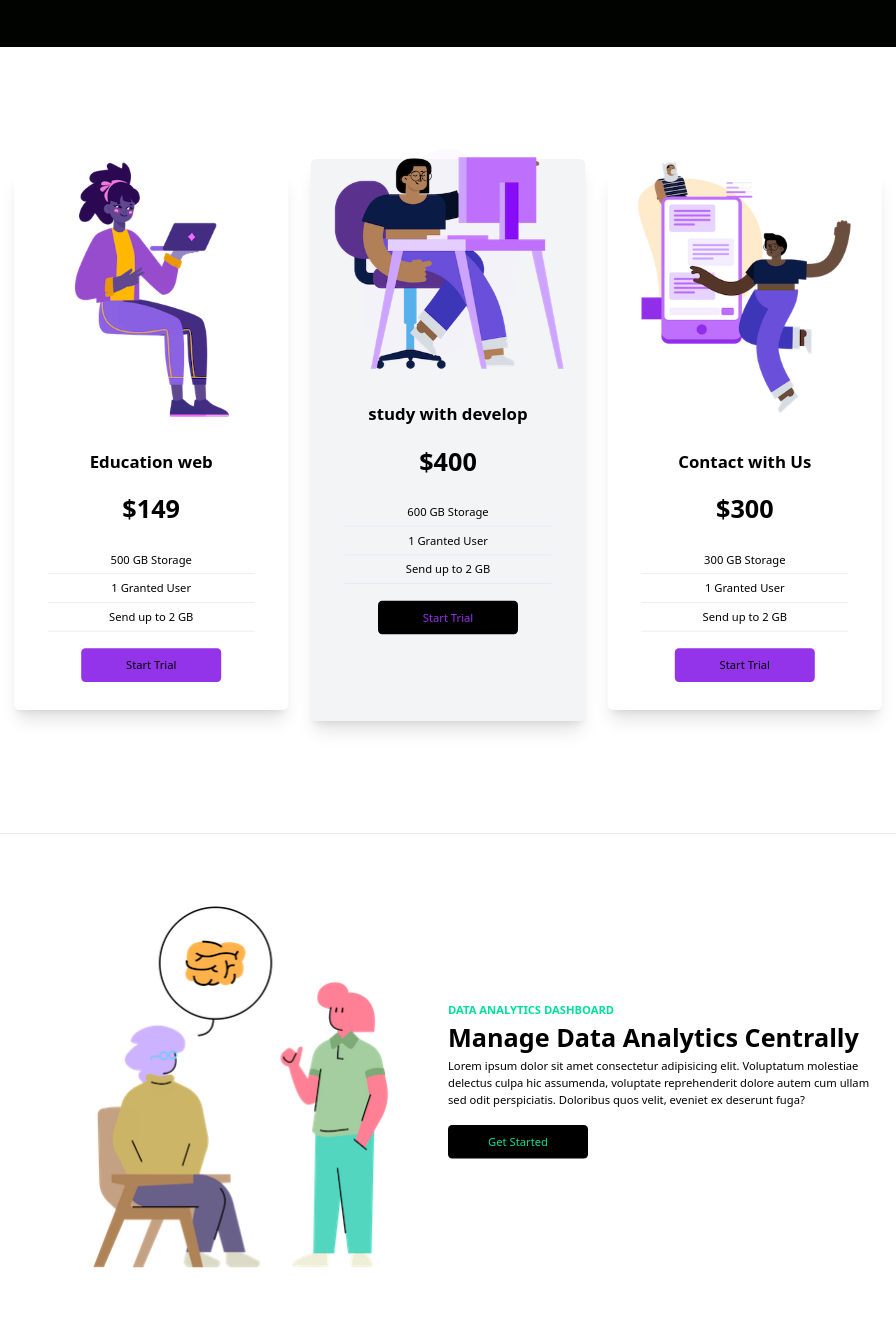
Repository: OmniaRafat232111121/tailwindreact
Page: /
The author's editor kept a copy of each file at every save. The page is drawn from the files as they stood at one save, then again after a run of saves.
The browser window is 1280 px wide. The pictures show the part of the page from y = 653 to 2573 px (the page is 2573 px tall), at 70% of full size.
The project was rebuilt for these pictures with package versions that can differ from the ones it lists, and the page was loaded fresh each time.

Above is the page before, as saved 2022-09-11 13:29:37.

After the next 12 saves:
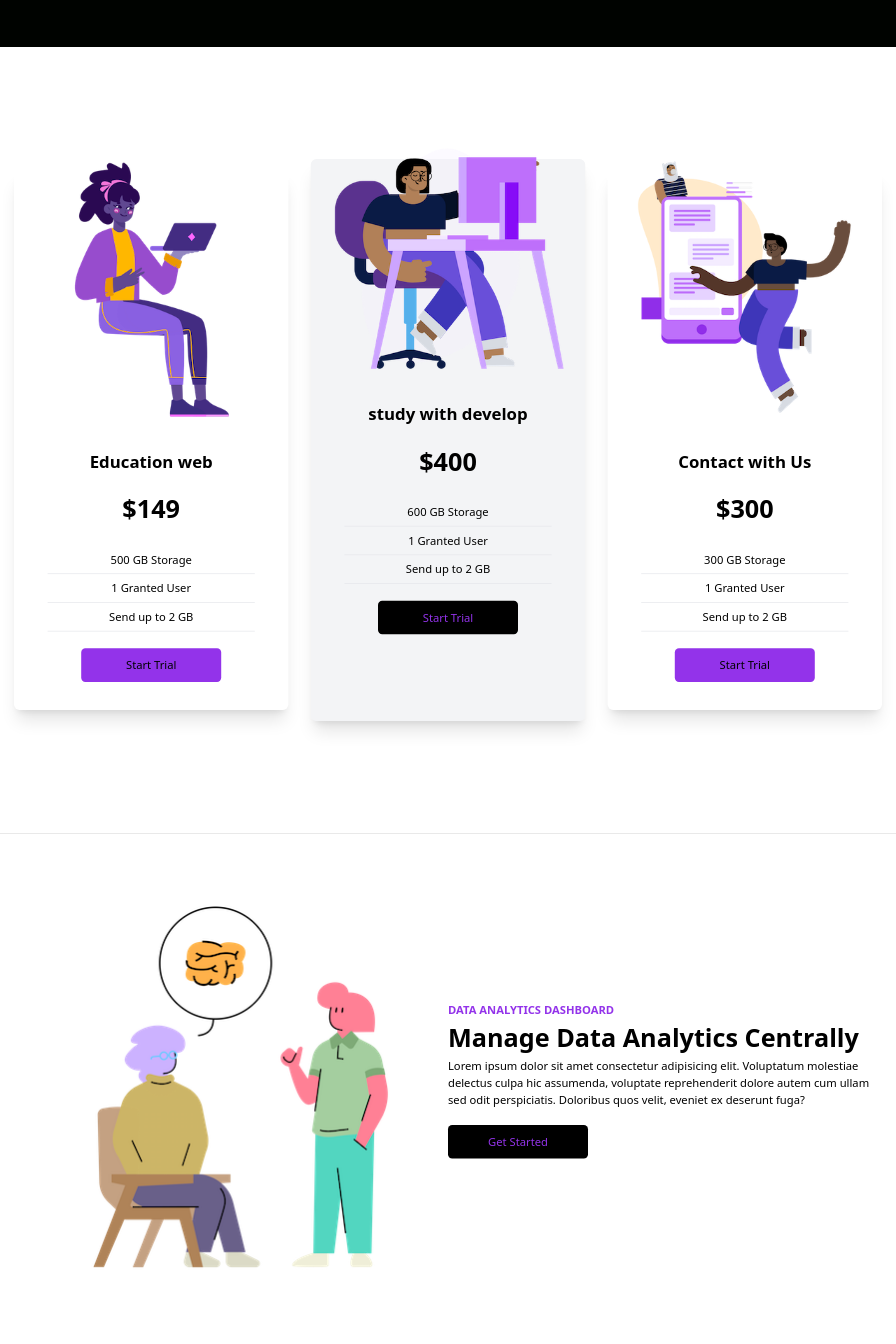
The 12 saves are shown as one change because they came seconds apart.
The last was saved 29 s later.
--- a/src/components/Analytics.jsx
+++ b/src/components/Analytics.jsx
@@ -7,7 +7,7 @@ const Analytics = () => {
       <div className='max-w-[1240px] mx-auto grid md:grid-cols-2'>
         <img className='w-[500px] mx-auto my-4' src={Laptop} alt='/' />
         <div className='flex flex-col justify-center'>
-          <p className='text-[#00df9a] font-bold '>DATA ANALYTICS DASHBOARD</p>
+          <p className='text-purple-600 font-bold '>DATA ANALYTICS DASHBOARD</p>
           <h1 className='md:text-4xl sm:text-3xl text-2xl font-bold py-2'>Manage Data Analytics Centrally</h1>
           <p>
             Lorem ipsum dolor sit amet consectetur adipisicing elit. Voluptatum
@@ -15,7 +15,7 @@ const Analytics = () => {
             dolore autem cum ullam sed odit perspiciatis. Doloribus quos velit,
             eveniet ex deserunt fuga?
           </p>
-          <button className='bg-black text-[#00df9a] w-[200px] rounded-md font-medium my-6 mx-auto md:mx-0 py-3'>Get Started</button>
+          <button className='bg-black text-purple-600 w-[200px] rounded-md font-medium my-6 mx-auto md:mx-0 py-3'>Get Started</button>
         </div>
       </div>
     </div>
